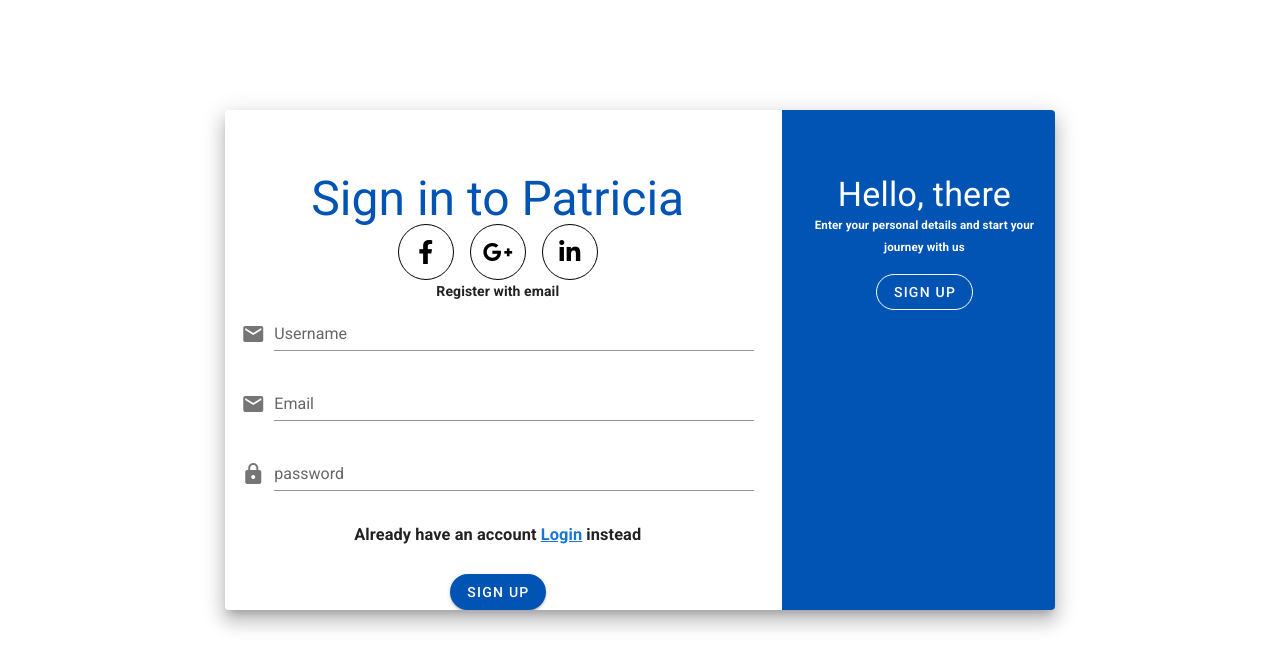
Repository: akinsikuoluwafemi/Pats_userAuth
Page: /signup
These files come from the project's save history. The page is drawn as it stood at one moment and after the next save; the edit follows.
The browser window is 1280 px wide. The pictures show the whole page.
The project was rebuilt for these pictures with package versions that can differ from the ones it lists, and the page was loaded fresh each time. Also part of the build but not shown: vue.config.js, src/views/Home.vue, src/components/Login.vue, src/components/UserInfo.vue.

Above is the page before, as saved 2020-11-05 01:17:52.

### src/App.vue
<template>
  <v-app>


    <v-main>
      <router-view></router-view>
    </v-main>
  </v-app>
</template>

<script>

export default {
  name: 'App',

  components: {

},

  data: () => ({
    //
  }),
};
</script>

### src/router/index.js
import Vue from 'vue'
import VueRouter from 'vue-router'
import Home from '../views/Home.vue'
import Login from '../components/Login.vue'
import Signup from "../components/Signup.vue";
import UserInfo from "../components/UserInfo.vue";


Vue.use(VueRouter)

const routes = [
  {
    path: "/",
    name: "Home",
    component: Home,
  },
  {
    path: "/login",
    name: "Login",
    component: Login,
  },

  {
    path: "/signup",
    name: "Signup",
    component: Signup,
  },

  {
    path: "/userinfo",
    name: "Userinfo",
    component: UserInfo,
  },
  {
    path: "/about",
    name: "About",
    // route level code-splitting
    // this generates a separate chunk (about.[hash].js) for this route
    // which is lazy-loaded when the route is visited.
    component: () =>
      import(/* webpackChunkName: "about" */ "../views/About.vue"),
  },
];

const router = new VueRouter({
  mode: 'history',
  base: process.env.BASE_URL,
  routes
})

export default router

### src/plugins/vuetify.js
import "@fortawesome/fontawesome-free/css/all.css"
import 'material-design-icons-iconfont/dist/material-design-icons.css'
import Vue from 'vue';
import Vuetify from 'vuetify/lib';

Vue.use(Vuetify);

export default new Vuetify({
    icons: {
        iconfont: 'md' || 'fa'
    }
});

### src/components/Signup.vue
<template>
  <v-app>
    <v-content>
      <v-container class="fill-height" fluid>
        <v-row align="center" justify="center">
          <v-col cols="12" sm="8" md="8">
            <v-card class="elevation-12">
              <v-window v-model="stop">
                <v-window-item :value="1">
                  <v-row>
                    <v-col cols="12" md="8">
                      <v-card-text class="mt-12">
                        <h1
                          class="text-center display-2"
                          v-bind:style="{ color: '#0153B4' }"
                        >
                          Sign in to Patricia
                        </h1>
                        <div class="text-center" mt-4>
                          <v-btn class="mx-2" fab color="black" outlined>
                            <v-icon>fab fa-facebook-f</v-icon>
                          </v-btn>
                          <v-btn class="mx-2" fab color="black" outlined>
                            <v-icon>fab fa-google-plus-g</v-icon>
                          </v-btn>
                          <v-btn class="mx-2" fab color="black" outlined>
                            <v-icon>fab fa-linkedin-in</v-icon>
                          </v-btn>
                        </div>
                        <h4 class="text-center mlt-4">Register with email</h4>
                        <v-form>
                          <v-text-field
                            label="Username"
                            name="username"
                            prepend-icon="email"
                            type="text"
                            v-bind:style="{ color: '#0153B4' }"
                          />

                          <v-text-field
                            label="Email"
                            name="Email"
                            prepend-icon="email"
                            type="text"
                            v-bind:style="{ color: '#0153B4' }"
                          />

                            <v-text-field
                            id="password"
                            label="password"
                            name="Password"
                            prepend-icon="lock"
                            type="password"
                            v-bind:style="{ color: '#0153B4' }"
                          />
                        </v-form>
                        <h3 class="text-center mt-3">
                          Already have an account
                          <router-link to="/login"> Login</router-link> instead
                        </h3>
                      </v-card-text>
                      <div class="text-center mt-3">
                        <v-btn
                          rounded
                          v-bind:style="{ background: '#0153B4' }"
                          dark
                          >Sign Up</v-btn
                        >
                      </div>
                    </v-col>
                    <v-col
                      cols="12"
                      md="4"
                      class=""
                      v-bind:style="{ background: '#0153B4' }"
                    >
                      <v-card-text class="white--text mt-12">
                        <h1 class="text-center display-1">Hello, there</h1>
                        <h5 class="text-center">
                          Enter your personal details and start your journey
                          with us
                        </h5>
                      </v-card-text>
                      <div class="text-center">
                        <v-btn rounded outlined="" dark @click="step++">
                          SIGN UP
                        </v-btn>
                      </div>
                    </v-col>
                  </v-row>
                </v-window-item>

              </v-window>
            </v-card>
          </v-col>
        </v-row>
      </v-container>
    </v-content>
  </v-app>
</template>
<script>
export default {
  data: () => ({
    step: 1
  }),
  props: {
    source: String
  }
}
</script>

Loaded but not shown: public/index.html (common file); src/main.js (common file)

After the next save:
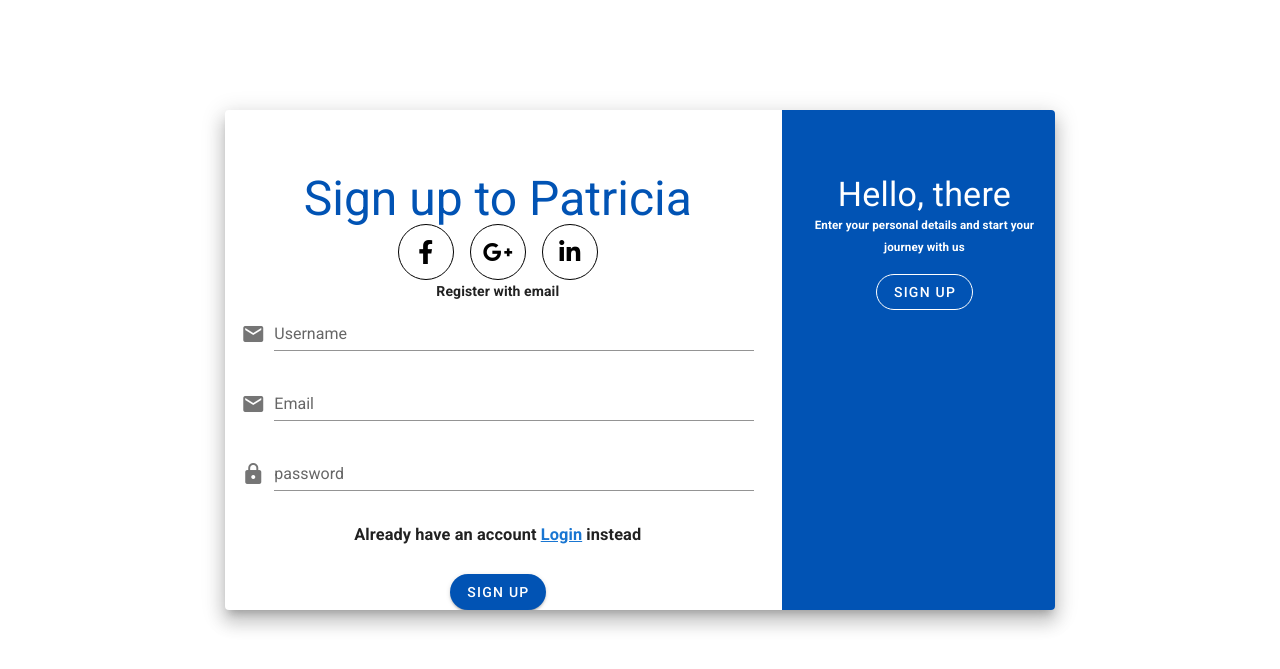
Saved 20 s later.
--- a/src/components/Signup.vue
+++ b/src/components/Signup.vue
@@ -14,7 +14,7 @@
                           class="text-center display-2"
                           v-bind:style="{ color: '#0153B4' }"
                         >
-                          Sign in to Patricia
+                          Sign up to Patricia
                         </h1>
                         <div class="text-center" mt-4>
                           <v-btn class="mx-2" fab color="black" outlined>
